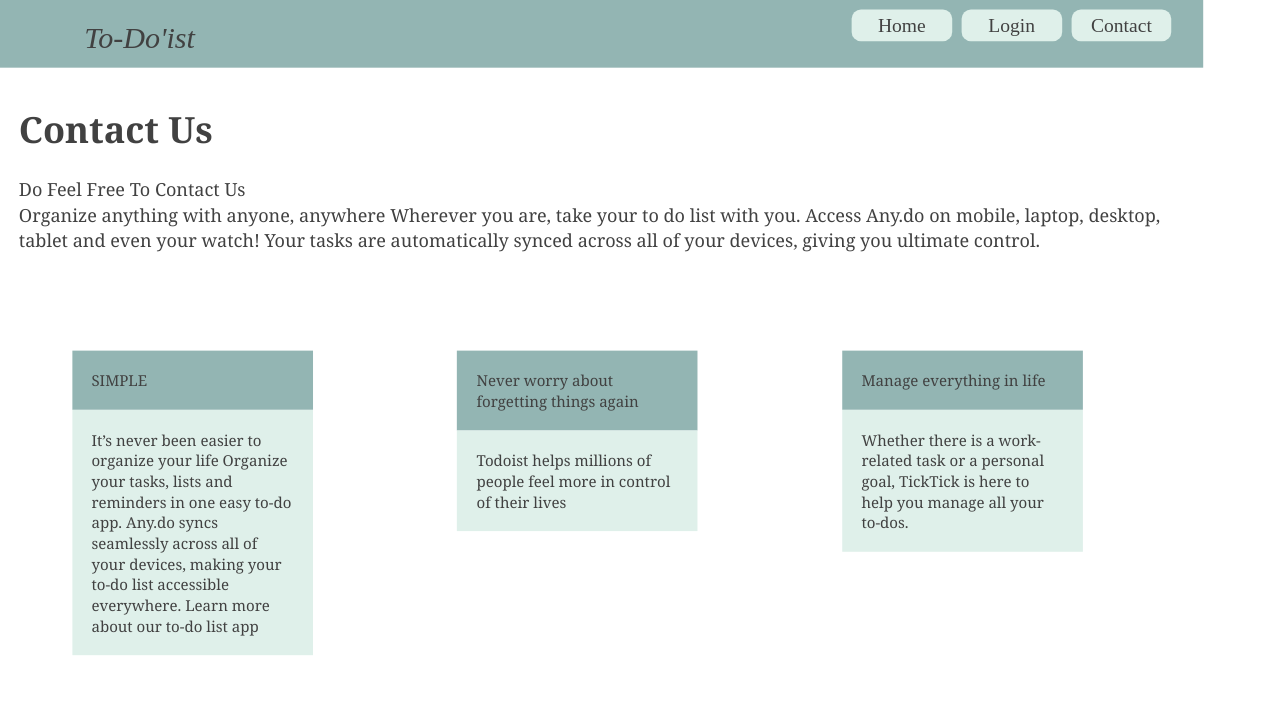
Repository: tavisca-pkadam/Todo-Website
Page: contact.html
An editor plug-in stored every save of this project. The page is shown before and after a run of saves, followed by the edit.
The browser window is 1280 px wide. The page is 1370 px wide, so the pictures cover 1370 px, including what lies to the right of the window. The pictures show the whole page, at 94% of full size.

Above is the page before, as saved 2019-08-22 13:00:37.
Console error: TypeError: Cannot set properties of null (setting 'onclick')

### contact.html
<!DOCTYPE html>
<html>
  <head>
    <meta charset="utf-8" />
    <meta http-equiv="X-UA-Compatible" content="IE=edge" />
    <title>Page Title</title>
    <meta name="viewport" content="width=device-width, initial-scale=1" />
    <link rel="stylesheet" type="text/css" media="screen" href="main2.css" />
    <link rel="import" href="components/header.html" />
    <!-- <script src='main.js'></script> -->
  </head>
  <body>
    <div class="grid-container">
      <div class="grid_header">
        <div id="head" class="header">
          <!-- <img id="company_logo" src="src/logo.jpg" width="5%" /> -->
          <p id="todo_header"><i>To-Do'ist</i></p>

          <div class="links">
            <div>
              <a href="/home_grid.html">
                <div class="link_btn">Home</div>
              </a>
              <a href="/login_grid.html">
                <div class="link_btn">Login</div>
              </a>

              <a href="/contact.html">
                <div class="link_btn">Contact</div>
              </a>
            </div>
          </div>
        </div>
      </div>
      <!-- <div class="grid_side_nav">
        <div class="side_nav">
            <a href="/home_grid.html">

          <div id="side_todo" class="side_btn">
              To-do's
          </div>
        </a>

        <a href="/account.html">
          <div id="side_user" class="side_btn">
              Account
            </div>
          </a>
          <a href="/login_grid.html">
          <div id="side_login" class="side_btn">
              Login
            </div>
          </a>
        </div>
      </div> -->
      <div class="grid_main_content">
        <div class="home">
          <div>
            <h1>Contact Us</h1>
            <div>Do Feel Free To Contact Us</div>
          </div>

          Organize anything with anyone, anywhere Wherever you are, take your to
          do list with you. Access Any.do on mobile, laptop, desktop, tablet and
          even your watch! Your tasks are automatically synced across all of
          your devices, giving you ultimate control.
        </div>
        <div class="card">
          <div class="card_head">SIMPLE</div>
          <div class="card_content">
            It’s never been easier to organize your life Organize your tasks,
            lists and reminders in one easy to-do app. Any.do syncs seamlessly
            across all of your devices, making your to-do list accessible
            everywhere. Learn more about our to-do list app
          </div>
        </div>
        <div class="card">
          <div class="card_head">Never worry about forgetting things again</div>
          <div class="card_content">
            Todoist helps millions of people feel more in control of their lives
          </div>
        </div>
        <div class="card">
          <div class="card_head">Manage everything in life</div>
          <div class="card_content">
            Whether there is a work-related task or a personal goal, TickTick is
            here to help you manage all your to-dos.
          </div>
        </div>
      </div>

      <div class="grid_footer"></div>
    </div>
    <script src="scripts/main2.js"></script>
  </body>
</html>

### main2.css
.header {
    background-color:#93b5b3;
    grid-column: 1/5;
    position: relative;
    width: 100vw;
    height: 10vh;
    margin: 0%;
    /* border-bottom: 2px double black; */
    font-family: fantasy;
  }

  input {
    border-radius: 8px;
    width: 20vw;
    height: 3vh;
  }

  body {
      font-family: Cambria, Cochin, Georgia, Times, 'Times New Roman', serif;
      margin: 0%;
      color: #414141;
  }
  a {
    color: #414141;
    text-decoration: none;
  }

  #company_logo {
    position: absolute;
    left: 1%;
    width: 4%;
    margin-top: 1vh;
  }

  #todo_header {
    font-size: 2em;
    position: absolute;
    width: 100%;
    left: 7%;
    padding-bottom: 7%;
    /* text-align: left; */
    top: -10px;
    /* right: 45%; */
  }

  .side_nav {
    margin-top:2%;
    /* position: fixed; */
    width: 100%;
    background-color: #dff0ea;
    height: 88vh;
  }

  .side_btn {
    padding-top: 8%;
    text-align: center;
    width: 98%;
    height:8%;
    position: relative;
    background-color: #dff0ea;
    /* margin-top: 50%; */
    font-size: 1.3rem;
    border-width: 0px 5px 1px 0px;
    border-style: solid;
    border-color: #63707e;
  }


  .side_btn:hover {
    /* left:-5%; */
    background-color: #c8dad3;
    border-color: #63707e;
    border-style: solid;
    transition: linear;
    cursor: pointer;

  }

  .modal_header{
      background-color: #c8dad3;
      height: 15%;
      padding-top: 1%;
      line-height: 1.3rem;
      font-size: 1.2rem;
  }

  .todo_content {
    position: relative;
    /* left: 5%; */
    /* width: 85%; */
    /* background-color: aquamarine; */
    height: 78vh;
  }

  #todo_add_modal{
      border-radius: 10px;
      border-style: solid;
      border-color: #553c8b;
      visibility: hidden;
      position: absolute;
      height: 20vh;
      left: 20vw;
      width: 50%;
      margin-top:8%;
      text-align: center;
      background-color: #f2f6f5;
      z-index: 10;
  }

  #todo_add_modal_input {
      margin: 2% 10%;
      /* background-color: aquamarine; */
      width: 80%;
  }
  #todo_add_modal_add_btn{
      margin: 2% 45%;
      background-color: #ccc1ff;
      cursor: pointer;

  }
  #todo_add_modal_add_btn:hover {
    background-color: #c8dad3;

  }

  #todo_content_head {
    border: 1px;
    position: relative;
    /* background-color: deepskyblue; */
    padding: 5px;
    width: 60%;
    height: 6vh;
    border-radius: 20px;
    left: 20%;
    top: 5%;

    border-width: 1px;
    border-style: solid;
    border-color: #553c8b;
  }

  .search_button {

    text-align: center;
    background-color: #dff0ea;
    border-radius: 5px;
    padding: 0.5%;
    cursor: pointer;

  }

  #todo_content_head_search_input{
      position: absolute;
      left:5%;
      margin-top: 10px;

  }

  #todo_content_head_search_btn{
      position: absolute;
      left:50%;
      margin-top: 10px;
      width: 15%;
      background-color: #dff0ea;
  }

  #todo_content_head_search_btn:hover {
    background-color: #c8dad3;

  }

  #todo_content_search {
    position: absolute;
    /* background-color: darksalmon; */
    padding: 0.5%;
    margin-left: 4%;
    padding-left: 2%;
    padding-right: 4%;
    left: 6vw;
    border-radius: 2px;
    /* border-width: 1px; */
    /* border-style: solid; */
    margin: 3px;

    border-color: #553c8b;
  }
  #todo_content_add {
    position: absolute;
    background-color: #dff0ea;
    left: 70%;
    /* top: 10px; */
    width: 15%;
    margin-top: 10px;
  }

  #todo_content_add:hover{
    background-color: #c8dad3;

  }

  #todo_list {
    /* background-color: mediumslateblue; */
    position: relative;
    width: 80%;
    left: 10%;
    top: 10%;
    height: 55vh;
    border-radius: 15px;
    padding: 3px;
    padding-left: 8px;

    border-width: 1px;
    border-style: solid;
    border-color: #553c8b;

    overflow-y:scroll;
    scroll-behavior: smooth;


  }

  .todo_item {
    margin: 5px;
    margin-top: 15px;
  }

  .todo_edit_btn {
    position: absolute;
    text-align: center;
    padding: 3px 10px;
    width: 7%;
    background-color: #dff0ea;
    margin-left: 75%;
    border-radius: 5px;
    cursor: pointer;
  }


  .todo_edit_btn:hover{
    background-color: #c8dad3;
  }

  .todo_remove_btn {
    text-align: center;
    padding: 3px 10px;
    width: 7%;
    background-color: #dff0ea;
    margin-left: 88%;
    border-radius: 5px;
    cursor: pointer;

  }

  .todo_remove_btn:hover{
    background-color: #c8dad3;
  }

  .todo_detail {
    width: 70%;

    position: absolute;
    padding: 2px;
    padding-left: 1%;

    border-bottom: 6px solid;
    border-left: 6px solid;
    border-width: 1px;
    border-color: #553c8b;
  }

  .links {
    position: relative;
    width: 30%;
    float: right;
    /* font-family: 'Lucida Sans', 'Lucida Sans Regular', 'Lucida Grande', 'Lucida Sans Unicode', Geneva, Verdana, sans-serif */
    font-size: 1.3rem;
  }

  .link_btn {
    float: left;
    padding: 5px 15px;
    background-color: #dff0ea;
    width: 20%;
    border-radius: 10px;
    margin-left:10px;
    margin-top:10px;
    text-align: center;
  }

  .link_btn:hover {
    background-color: #c8dad3;

  }


  #link_btn_home {
    margin-left: 0%;
  }

  #link_btn_a {
    margin-left: 30%;
  }

  #link_btn_b {
    margin-left: 60%;
  }

  /* Login */

  .login {
    padding: 10px;
    margin: 25%;
    margin-top: 8%;
    border-radius: 5px;
    border-color: #553c8b;
    border-width: 1px;
    border-style: solid;
    background-color: #dff0ea;
  }

  #login_user_input {
    margin: 5%;
    text-align: left;
    padding-left:10%;
  }

  #login_password_input {
    margin: 5%;
    text-align: left;
    padding-left:10%;

  }

  .grid-container {
    grid-template-areas:
      "header header header header header"
      "main_content main_content main_content main_content main_content"
      "main_content main_content main_content main_content main_content"
      "main_content main_content main_content main_content main_content"
      "main_content main_content main_content main_content main_content"
      "footer footer footer footer footer";
    display: grid;
    /* background-color: #2196F3; */
  }

  .grid_header {
    height: 9vh;
    grid-area: header;
    /* background-color: aquamarine; */
  }

  .grid_side_nav {
    height: 89vh;
    width: 20vw;
    grid-area: side_nav;
    /* background-color: red; */
  }

  .grid_main_content {
    height: 79vh;
    width: 100vw;
    grid-area: main_content;
    /* background-color: blueviolet; */
  }

  .grid_footer {
    height: 4vh;
    width: 80vw;
    grid-area: footer;
  }


  /* AccountDetails */

  .account_content{
      /* background-color: burlywood; */
      margin-top: 7px;
  }

  .account_head{
      /* background-color: coral; */
      text-align: center;
      font-family: 'Franklin Gothic Medium', 'Arial Narrow', Arial, sans-serif;
      font-size: 1.5rem;
      padding: 1%;
      background-color: #dff0ea;
      border-style: solid;
      border-width: 0px 0px 2px 0px;
      border-color:  #414141;
    }

  .account_details_header{
      font-family: 'Franklin Gothic Medium', 'Arial Narrow', Arial, sans-serif;
      font-size: 1.2rem;
      padding-left:2%;
      margin-top:2%;
  }

  .account_details{
      font-family: 'Courier New', Courier, monospace;
      line-height: 1.2rem;
      /* background-color: greenyellow; */
      padding-left: 10%;
  }

  .detail_name{
    width: 50%;
    position: relative;
    float: left;
  }

  .detail_input{
    width: 10%;
    position: static;
  }

  #save_button {
    width:5%;
    top:20vh;
    background-color: #dff0ea;
    border-radius: 5px;
    text-align: center;
    padding: 0.5% 2%;
    position: fixed;
    right:5%;
  }

  #save_button:hover {
    background-color: #c8dad3;
  }

  .home{
      padding:20px;
      font-size: 1.2rem;
  }

  .card{
      padding:6%;
      margin-top:1vh;
      /* background-color: #c8dad3; */
      width: 20vw;
      float:left;
  }

  .card_head{
      padding: 8%;
      background-color: #93b5b3
  }

  .card_content{
      padding:  8%;
      background-color: #dff0ea;
  }


#login_btn{
    background-color: #93b5b3;
    width: 20%;
    padding: 3px 5px;
    cursor: pointer;

    border-radius:10px;
  }


#login_btn:hover{
    background-color: #63707e;

  }

### scripts/main2.js

document.getElementById("login_btn").onclick = () => {
    var username = document.getElementById("username").value;
    var password = document.getElementById("password").value;
    console.log(username+password);

    if( username === "paresh" && password ==="kadam"){
        sessionStorage.setItem("login","true");
        console.log("us kadam");
        window.location = "http://127.0.0.1:5500/todo.html";
    }
    else{
        sessionStorage.setItem("login","false");
    }
}

After the next 2 saves:
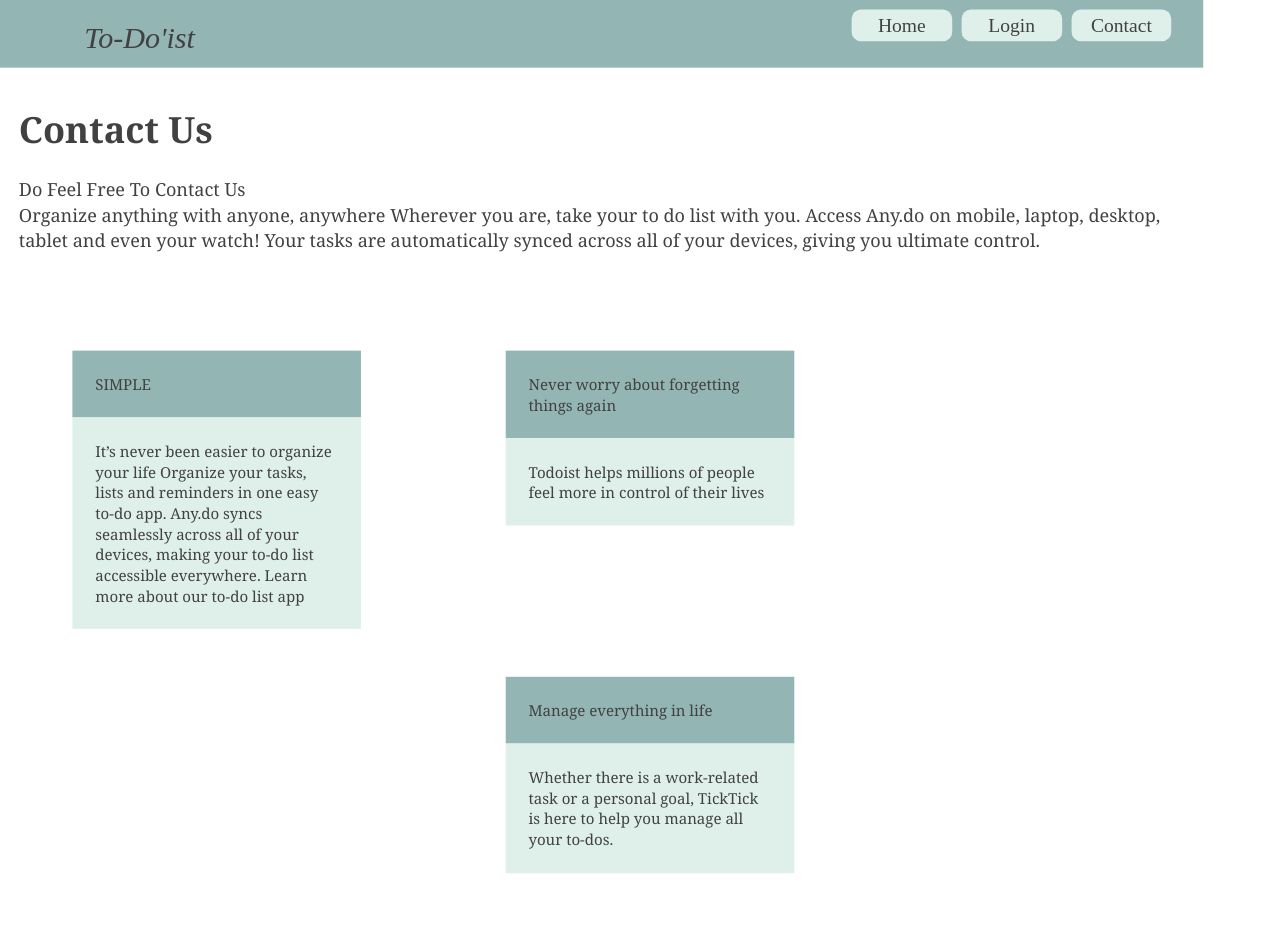
The 2 saves are shown as one change because they came seconds apart.
The last was saved 64 min 1 s later.
--- a/main2.css
+++ b/main2.css
@@ -438,7 +438,7 @@
       padding:6%;
       margin-top:1vh;
       /* background-color: #c8dad3; */
-      width: 20vw;
+      width: 24vw;
       float:left;
   }
 
